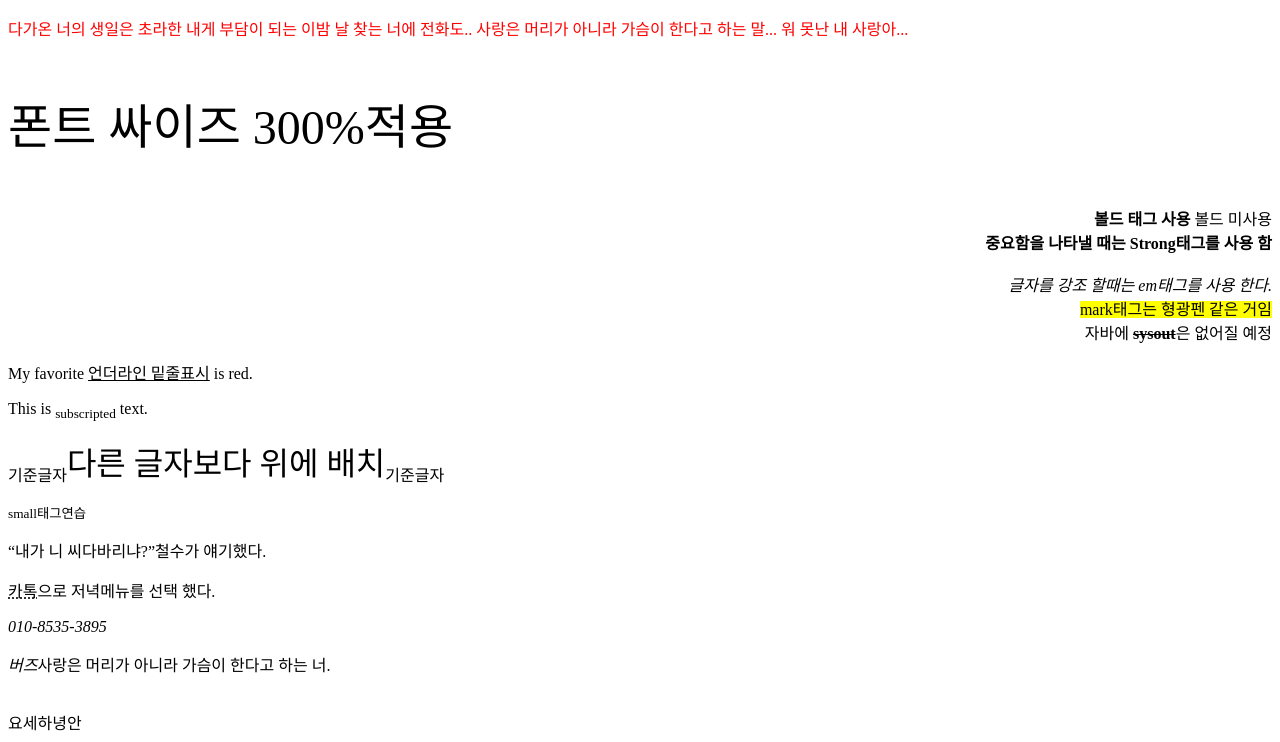
Repository: ashojm/WebWork
Page: Web/first.html
An editor plug-in stored every save of this project. The page is shown before and after the next save, followed by the edit.
The browser window is 1280 px wide. The pictures show the whole page.

Above is the page before, as saved 2015-11-12 14:24:27.

After the next save:
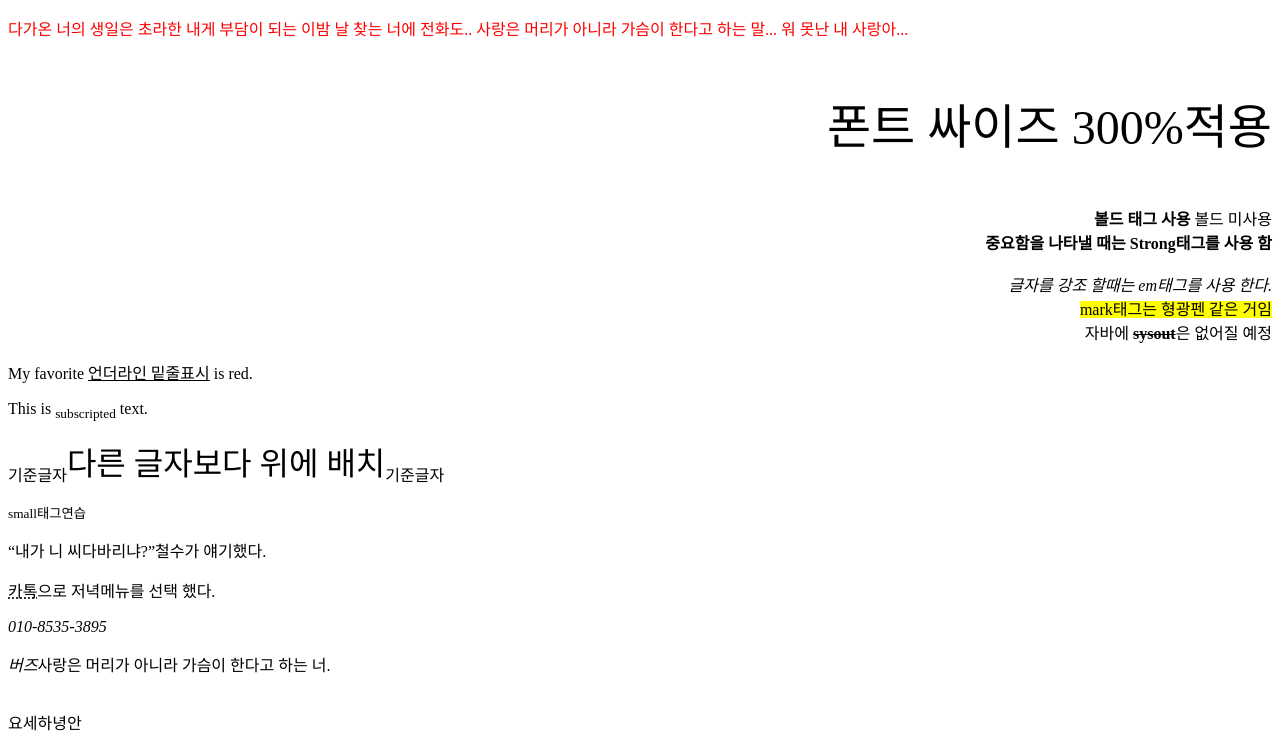
Saved 83 min 25 s later.
--- a/Web/first.html
+++ b/Web/first.html
@@ -11,7 +11,7 @@
 		가슴이 한다고 하는 말...
 		워 못난 내 사랑아...
 	</p>
-	<p style="font-size: 300%">
+	<p style="font-size: 300%;text-align: right">
 		폰트 싸이즈 300%적용
 	</p>
 	<p style="text-align: right">

After the save that followed:
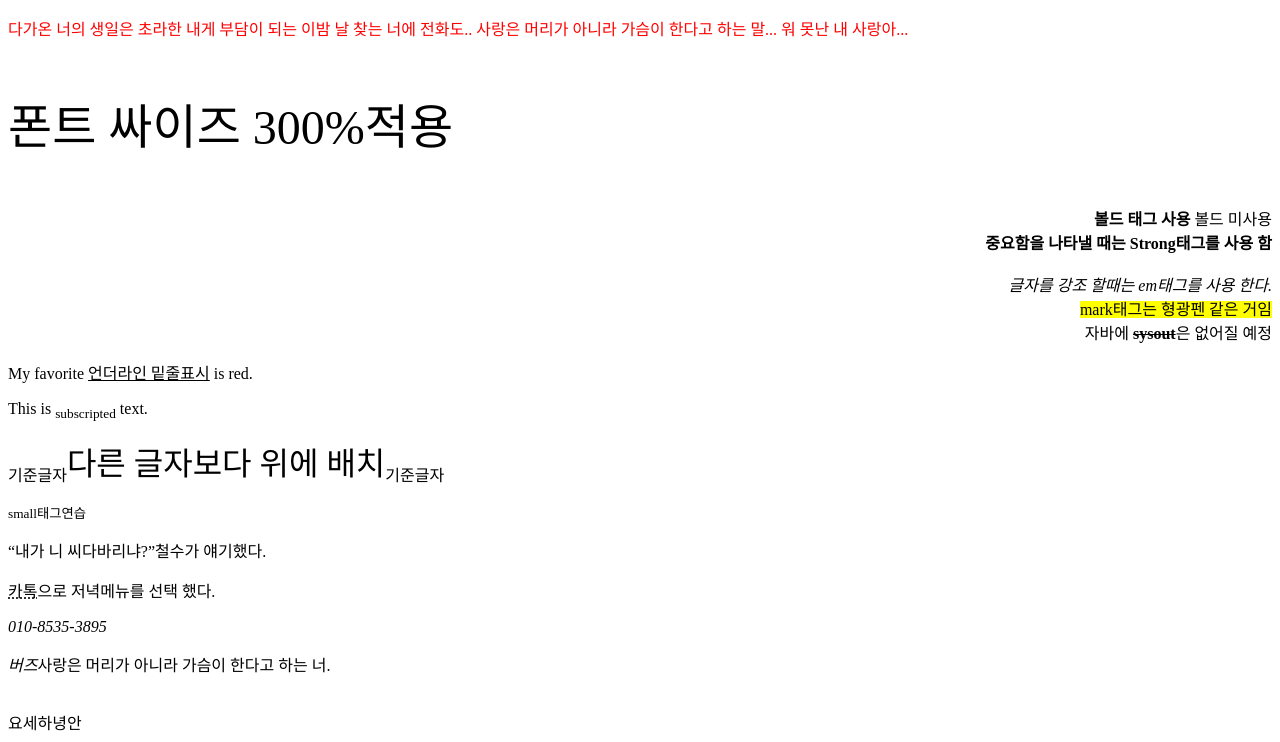
Saved 17 s later.
--- a/Web/first.html
+++ b/Web/first.html
@@ -11,7 +11,7 @@
 		가슴이 한다고 하는 말...
 		워 못난 내 사랑아...
 	</p>
-	<p style="font-size: 300%;text-align: right">
+	<p style="font-size: 300%;text-align: left">
 		폰트 싸이즈 300%적용
 	</p>
 	<p style="text-align: right">
